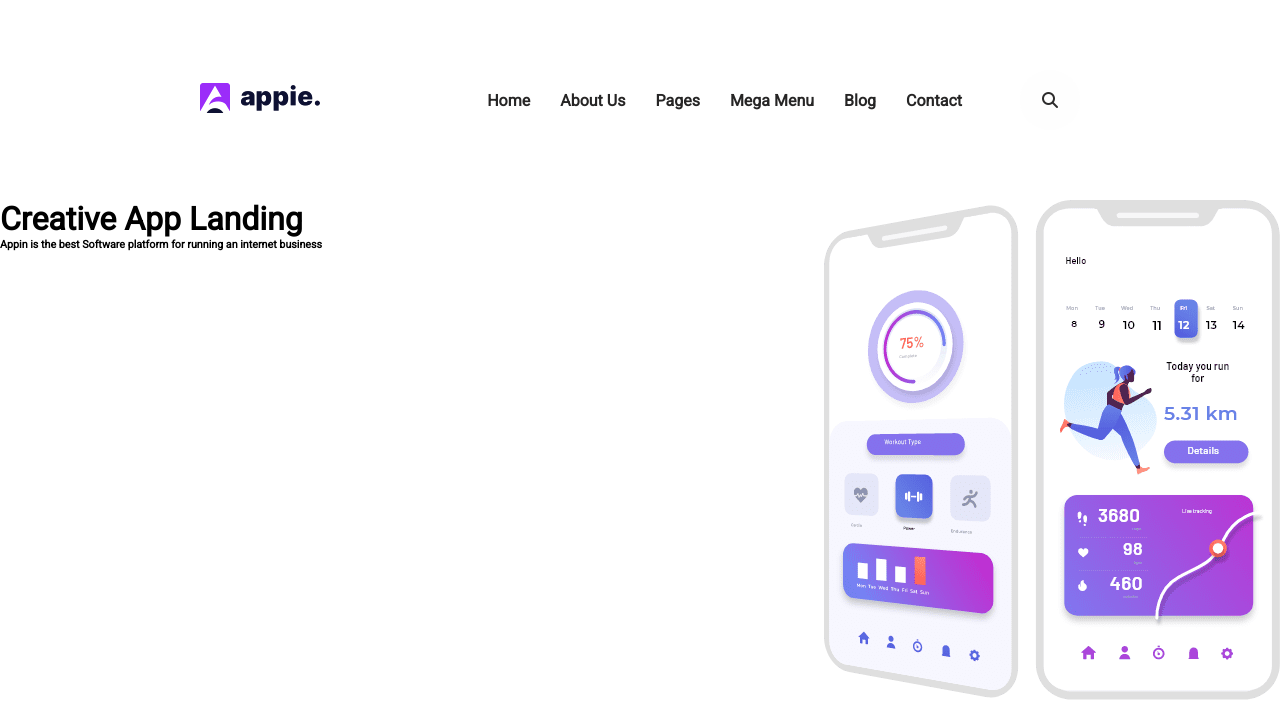
Repository: northpx/landingpage
Page: index.html
These files come from the project's save history. The page is drawn as it stood at one moment and after the next save; the edit follows.
The browser window is 1280 px wide. The pictures show the whole page.

Above is the page before, as saved 2022-12-26 09:51:32.

After the next save:
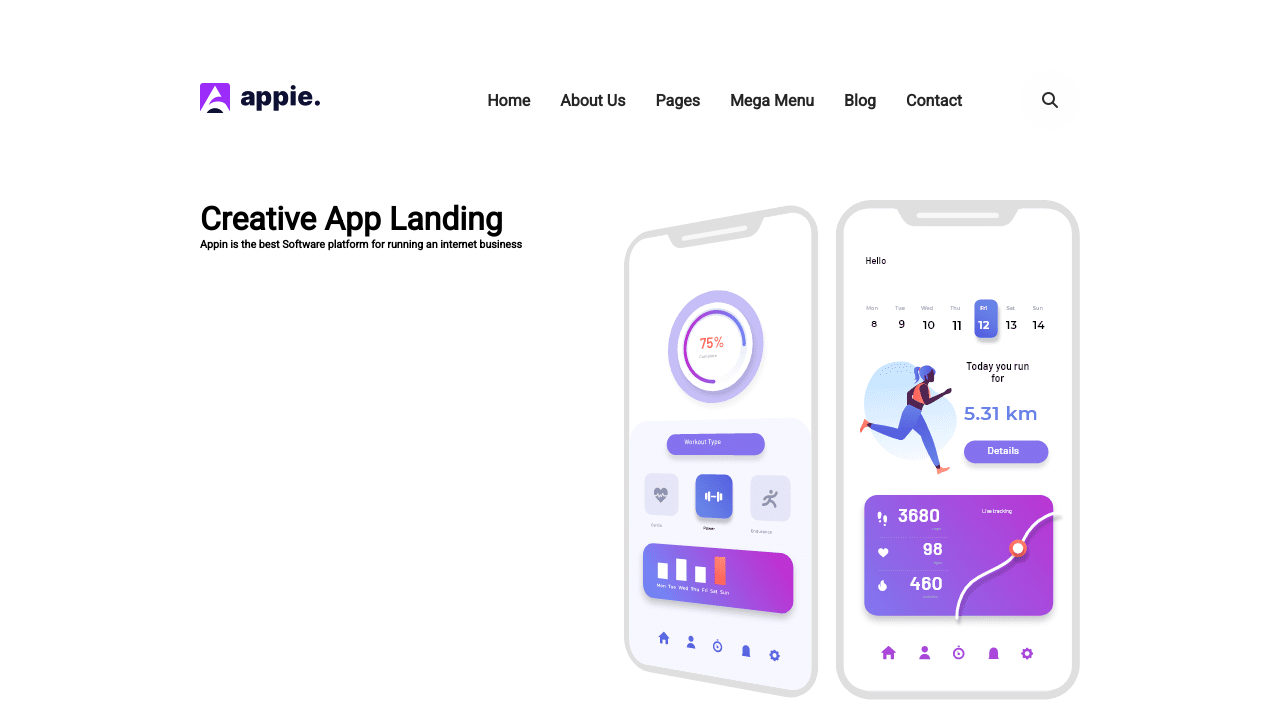
Saved 4 s later.
--- a/src/css/style.css
+++ b/src/css/style.css
@@ -84,7 +84,7 @@
 .header{
     display: flex;
     justify-content: space-between;
-    padding: ;
+    padding: 0 200px;
 }
 
 
